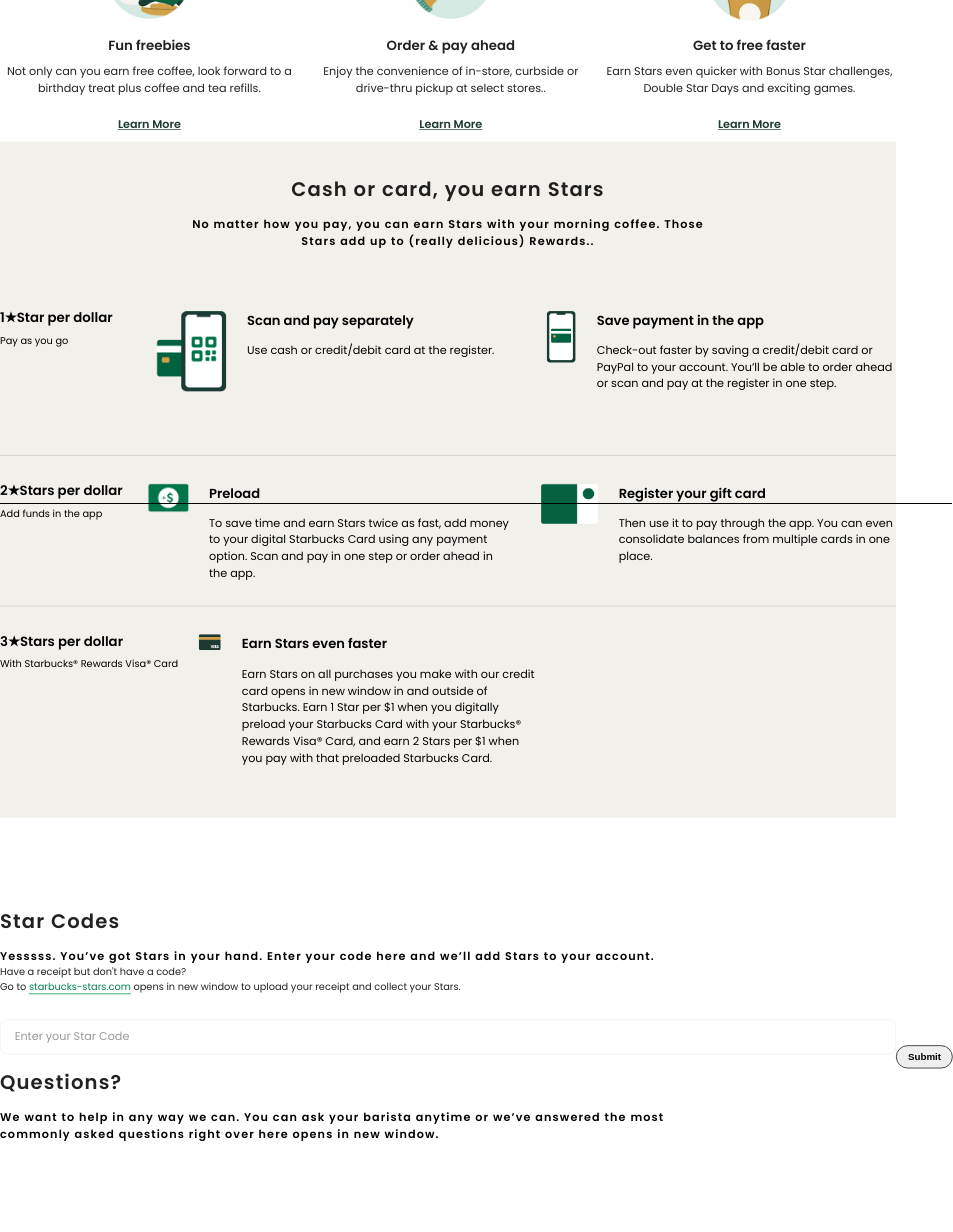
Repository: Akashiii1/StarBucks
Page: index.html
The author's editor kept a copy of each file at every save. The page is drawn from the files as they stood at one save, then again after the next save.
The browser window is 1280 px wide. The page is 1361 px wide, so the pictures cover 1361 px, including what lies to the right of the window. The pictures show the part of the page from y = 2186 to 3946 px (the page is 3946 px tall), at 70% of full size.

Above is the page before, as saved 2022-02-01 23:53:06.

After the next save:
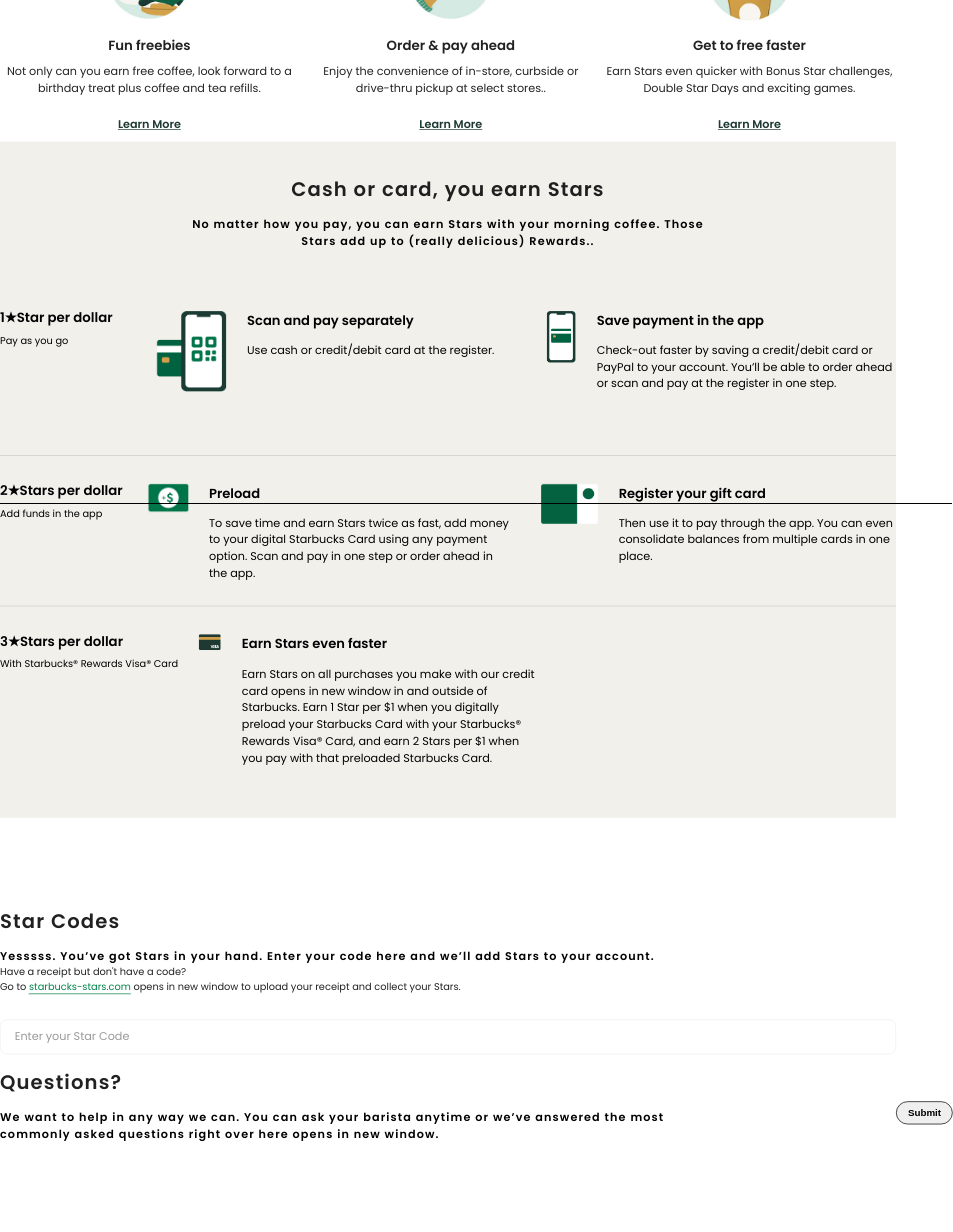
Saved 6 s later.
--- a/Style/style.css
+++ b/Style/style.css
@@ -590,7 +590,7 @@
 }
 .formbtn{
   position: absolute;
-  bottom: -20px;
+  bottom: -100px;
 }
 @media (max-width: 740px) {
   .sub-nav {
